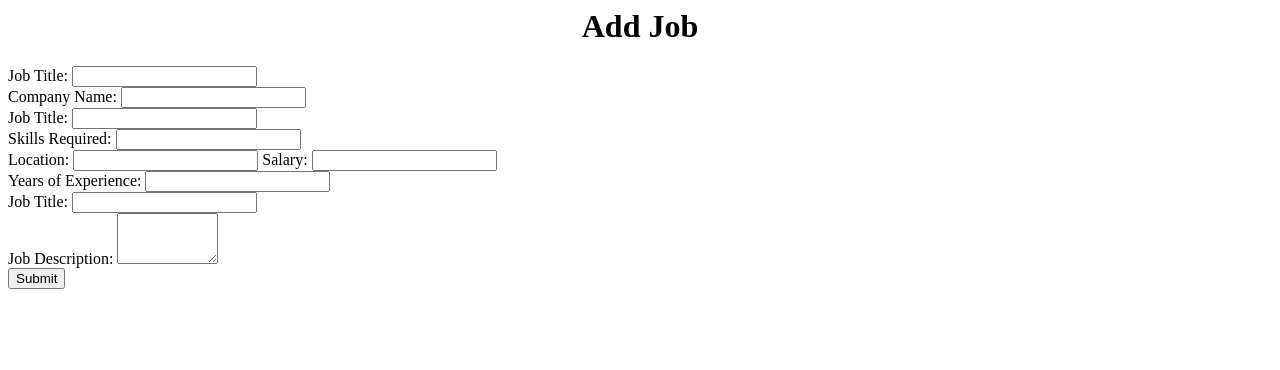
Repository: aneishkumar/AngularJS-Application
Page: Angularjs-Application-march30th/project2/WebContent/addjob.html
The author's editor kept a copy of each file at every save. The page is drawn from the files as they stood at one save, then again after the next save.
The browser window is 1280 px wide. The pictures show the whole page.

Above is the page before, as saved 2018-03-30 08:29:18.

### Angularjs-Application-march30th/project2/WebContent/addjob.html
<h1><center>Add Job</center></h1>
<div class="containter">
<form>
<div class="form-group">
<label>Job Title:</label>
<input type="text" ng-model="job.jobtitle">
</div>
<div class="form-group">
<label>Company Name:</label>
<input type="text" ng-model="job.companyname">
</div>
<div class="form-group">
<label>Job Title:</label>
<input type="text" ng-model="job.jobtitle">
</div>
<div class="form-group">
<label>Skills Required:</label>
<input type="text" ng-model="job.skillsRequired">
</div>
<div class="form-group">
<label>Location:</label>
<input type="text" ng-model="job.location>
</div>
<div class="form-group">
<label>Salary:</label>
<input type="text" ng-model="job.salary">
</div>
<div class="form-group">
<label>Years of Experience:</label>
<input type="text" ng-model="job.yrsOfExp">
</div>
<div class="form-group">
<label>Job Title:</label>
<input type="text" ng-model="job.jobtitle">
</div>

<div class="form-group">
<label>Job Description: </label>
<textarea  ng-model="job.description" rows="3" cols="10"  class="form-control"></textarea>
</div>
<input type="submit" ng-click="addblog(blog)">

</form>


</div>

After the next save:
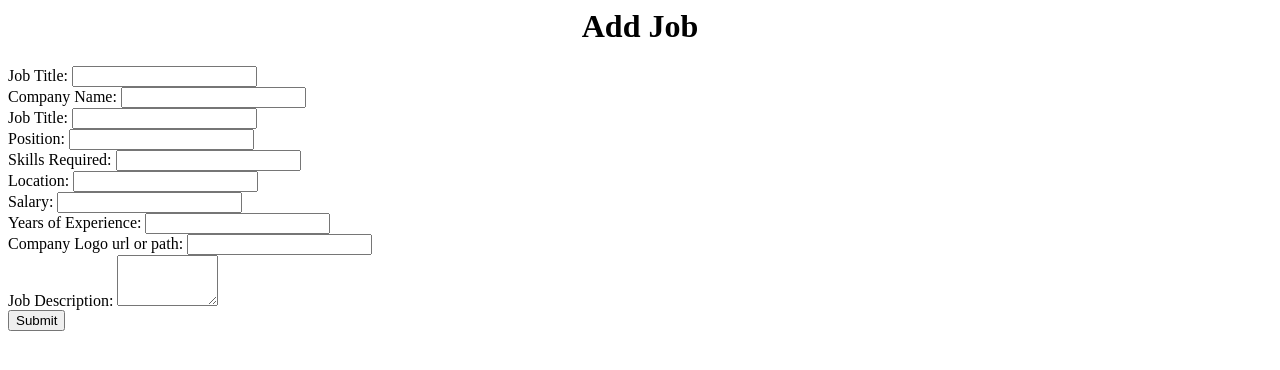
Saved 2 min 32 s later.
--- a/Angularjs-Application-march30th/project2/WebContent/addjob.html
+++ b/Angularjs-Application-march30th/project2/WebContent/addjob.html
@@ -14,12 +14,16 @@
 <input type="text" ng-model="job.jobtitle">
 </div>
 <div class="form-group">
+<label>Position:</label>
+<input type="text" ng-model="job.position">
+</div>
+<div class="form-group">
 <label>Skills Required:</label>
 <input type="text" ng-model="job.skillsRequired">
 </div>
 <div class="form-group">
 <label>Location:</label>
-<input type="text" ng-model="job.location>
+<input type="text" ng-model="job.location">
 </div>
 <div class="form-group">
 <label>Salary:</label>
@@ -30,8 +34,8 @@
 <input type="text" ng-model="job.yrsOfExp">
 </div>
 <div class="form-group">
-<label>Job Title:</label>
-<input type="text" ng-model="job.jobtitle">
+<label>Company Logo url or path:</label>
+<input type="text" ng-model="job.imagename">
 </div>
 
 <div class="form-group">
